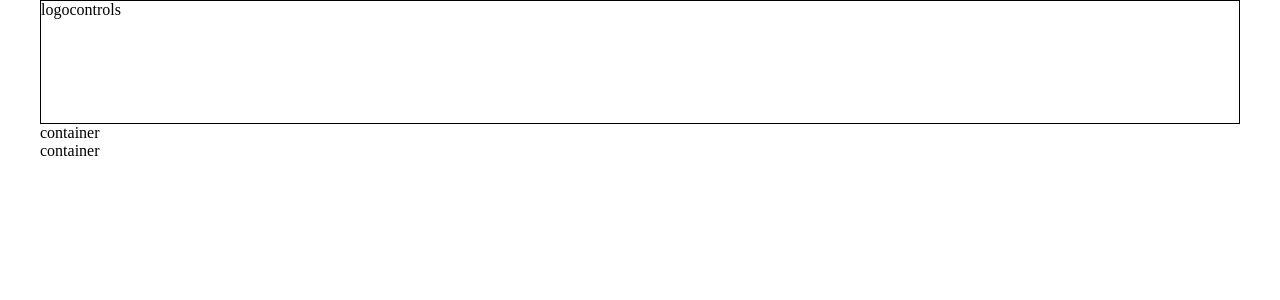
Repository: Valera1994/WebTestProject
Page: delivery/index.html
The author's editor kept a copy of each file at every save. The page is drawn from the files as they stood at one save, then again after the next save.
The browser window is 1280 px wide. The pictures show the whole page.

Above is the page before, as saved 2025-09-14 18:06:53.

### delivery/index.html
<!DOCTYPE html>
<html lang="ru">
<head>
    <meta charset="UTF-8">
    <meta name="viewport" content="width=device-width, initial-scale=1.0">
    <link rel="stylesheet" href="style.css">
    <title>Delivery Food</title>
</head>
<body>
    <header class="header">
        <div class="container">
            <div class="header-box">
                <div class="header-logo">logo</div>
                <div class="header-controls">controls</div>
            </div>
        </div>
    </header>

    <main class="main">
        <div class="container">
            container
        </div>
    </main>

    <footer class="footer">
        <div class="container">
            container
        </div>
    </footer>
</body>
</html>

### delivery/style.css
* {
    box-sizing: border-box;
}

body{
    margin: 0;
    padding: 0;
}

.header{
    height: 124px;
}

.header-box{
    border: 1px solid black;
    height: 100%;
    display: flex;
}

.main{

}

.footer{

}

.container{
    height: 100%;
    width: 1230px;
    margin: 0px auto;
    padding-left: 15px;
    padding-right: 15px;
}

After the next save:
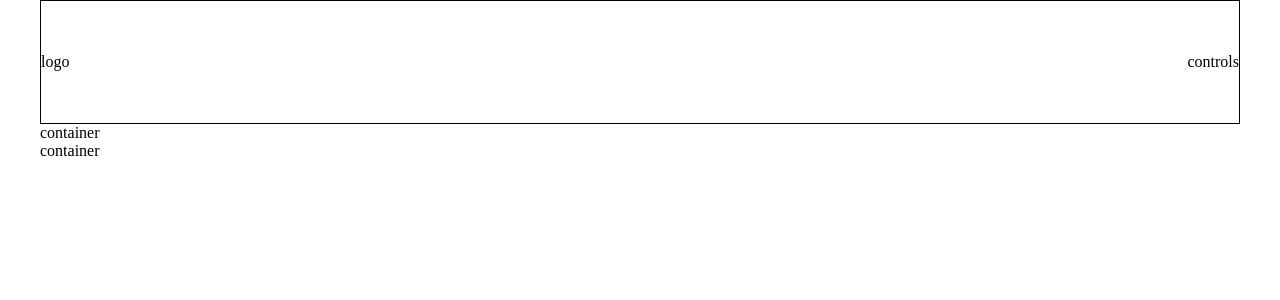
Saved 111 s later.
--- a/delivery/style.css
+++ b/delivery/style.css
@@ -15,6 +15,8 @@ body{
     border: 1px solid black;
     height: 100%;
     display: flex;
+    align-items: center;
+    justify-content: space-between;
 }
 
 .main{
